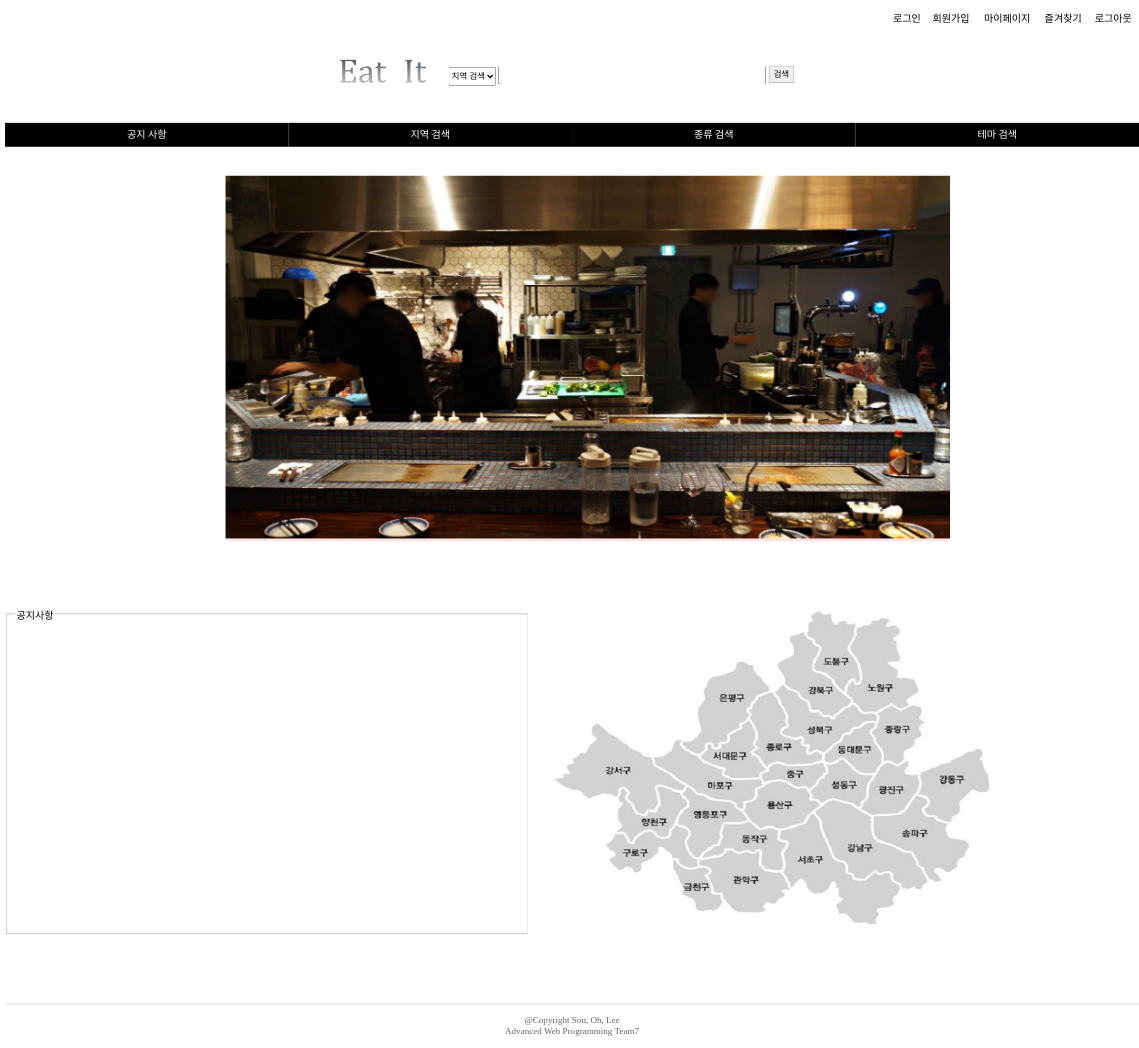
Repository: sonminho/aos
Page: http://localhost/EatIt/
The author's editor kept a copy of each file at every save. The page is drawn from the files as they stood at one save, then again after the next save.
The browser window is 1280 px wide. The page is 1808 px wide, so the pictures cover 1808 px, including what lies to the right of the window. The pictures show the whole page, at 63% of full size.
Some web libraries are served in a nearby version. The page is served by Tomcat 9.

Above is the page before, as saved 2017-12-16 10:48:33.

After the next save:
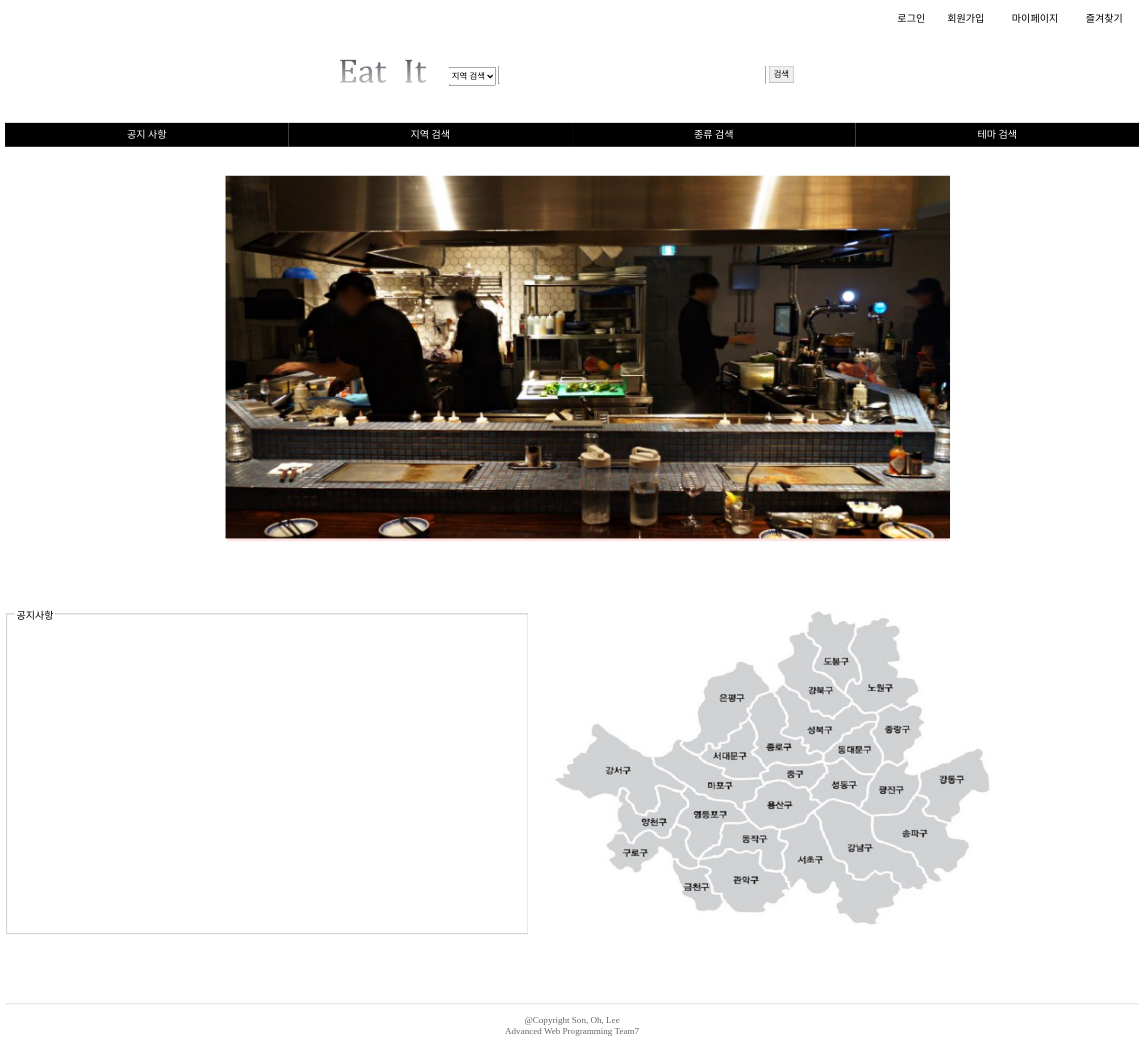
Saved 4 s later.
--- a/EatIt/EatIt/WebContent/index.jsp
+++ b/EatIt/EatIt/WebContent/index.jsp
@@ -248,7 +248,7 @@ $(function() {
       <td><a href="join_main.jsp"><%if((UserVO)session.getAttribute("uLogin") == null) {%>	회원가입   <%}%></a></td>
       <td>마이페이지</td>
       <td><a href="ControllerServlet?command=cart_list">즐겨찾기</a></td>
-      <td><a href="ControllerServlet?command=user_logout"><%if((UserVO)session.getAttribute("uLogin") == null) {%>로그아웃<%} %></a></td>
+      <td><a href="ControllerServlet?command=user_logout"><%if((UserVO)session.getAttribute("uLogin") != null) {%>로그아웃<%} %></a></td>
    </tr>
 </table><br>
 <form class="main_search">
